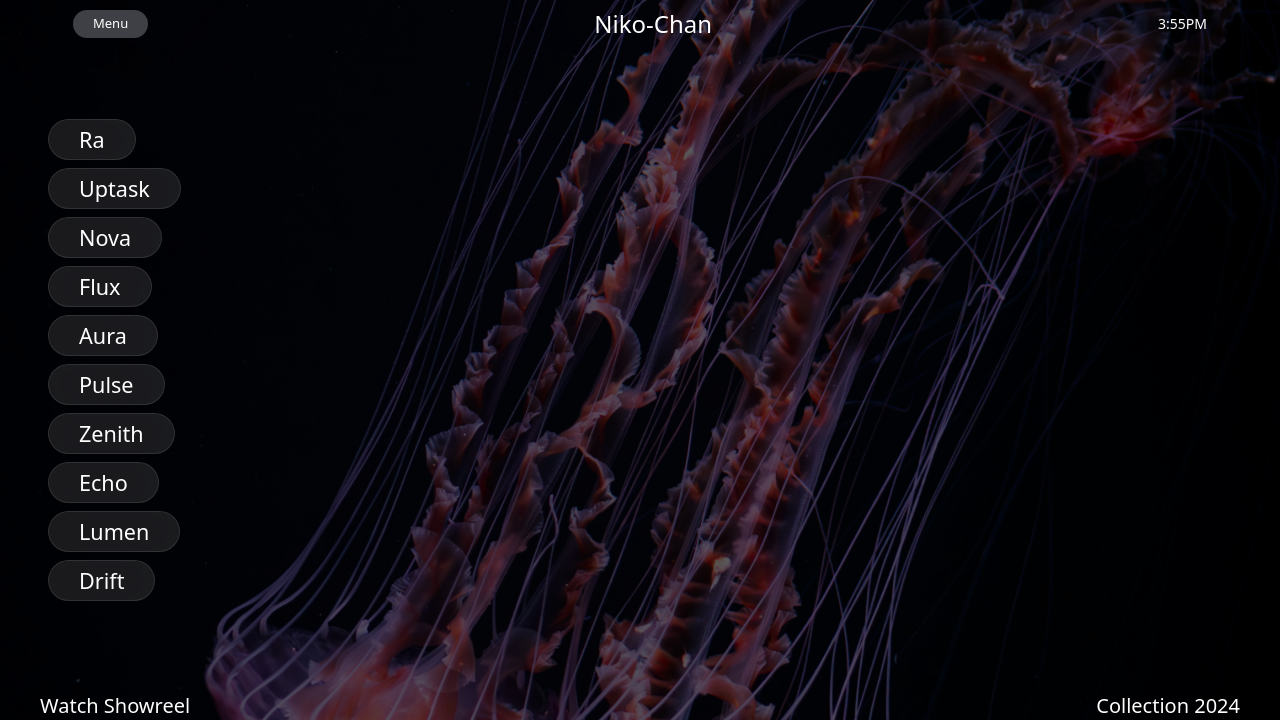
Repository: nikhilsinghrathore1/Niks_indian_local
Page: /
These files come from the project's save history. The page is drawn as it stood at one moment and after the next save; the edit follows.
The browser window is 1280 px wide. The pictures show the whole page.
The project was rebuilt for these pictures with package versions that can differ from the ones it lists, and the page was loaded fresh each time. Also part of the build but not shown: vite.config.ts.

Above is the page before, as saved 2024-08-27 11:28:03.

After the next save:
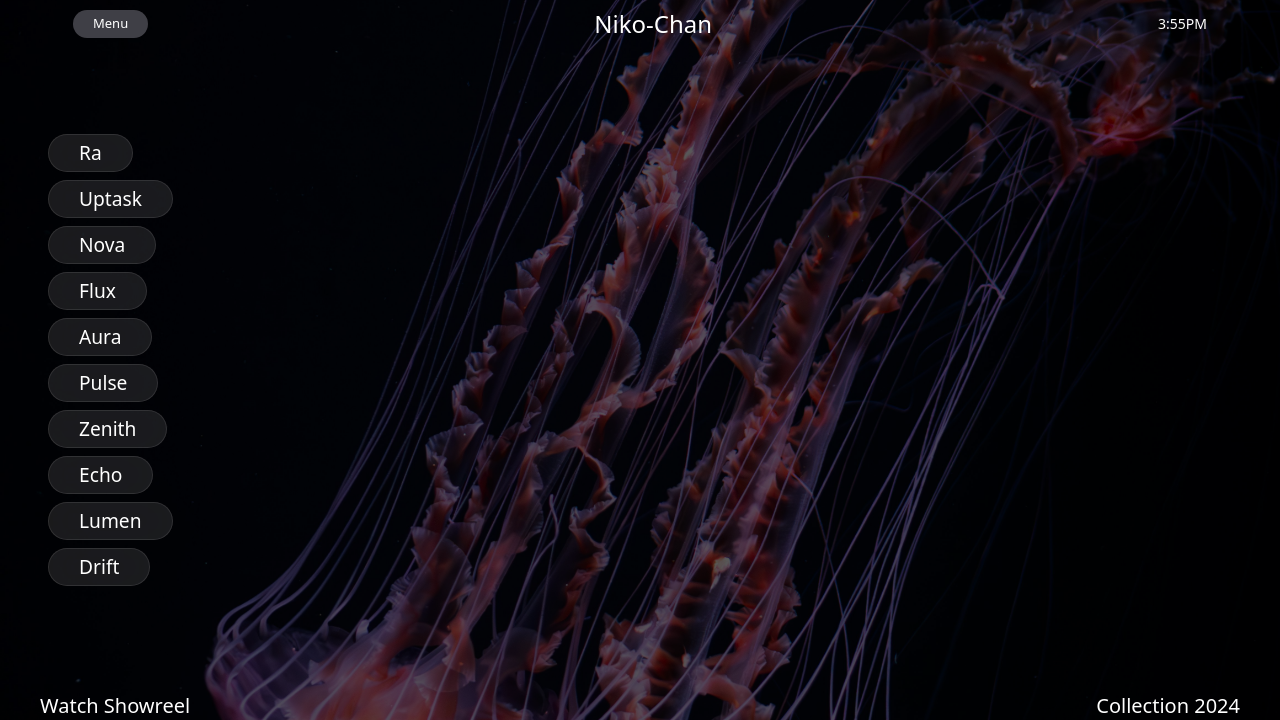
Saved 4 s later.
--- a/src/Components/Landing.tsx
+++ b/src/Components/Landing.tsx
@@ -297,7 +297,7 @@ const Landing: React.FC = () => {
         {previews.map((preview, index) => (
           <div
             key={index}
-            className='item w-fit py-1  text-[0.9em] cursor-pointer'
+            className='item w-fit py-1  text-[0.8em] cursor-pointer'
             ref={(el) => (itemsRef.current[index] = el)}
           >
             <p >{preview.title}</p>
